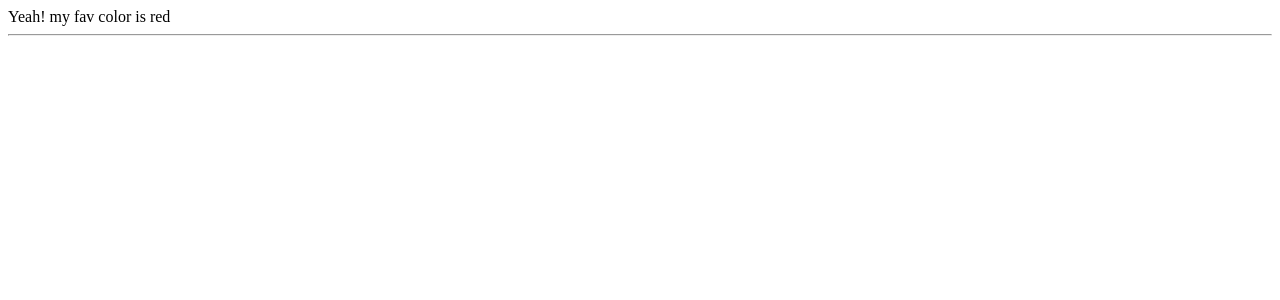
Repository: hsumyatm7308/PHP
Page: http://localhost/l38trycatch.php
The author's editor kept a copy of each file at every save. The page is drawn from the files as they stood at one save, then again after the next save.
The browser window is 1280 px wide. The pictures show the whole page.
The page is run by PHP 8.4 with error messages shown; the project is at /var/www/html/.

Above is the page before, as saved 2023-05-12 17:29:42.

After the next save:
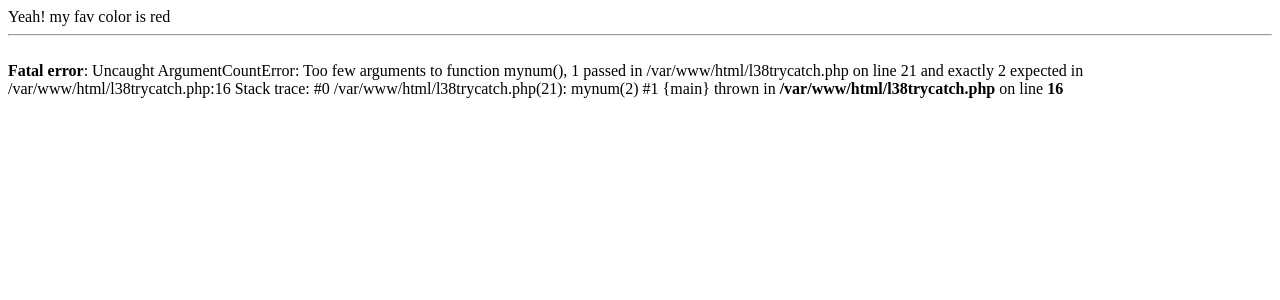
Saved 18 s later.
--- a/part1/l38trycatch.php
+++ b/part1/l38trycatch.php
@@ -13,9 +13,12 @@
 
 echo "<hr>";
 
-function mynum(){
+function mynum($base,$power){
+
 
 }
 
+echo mynum(2);
+
 
 ?>

After the 2 saves that followed:
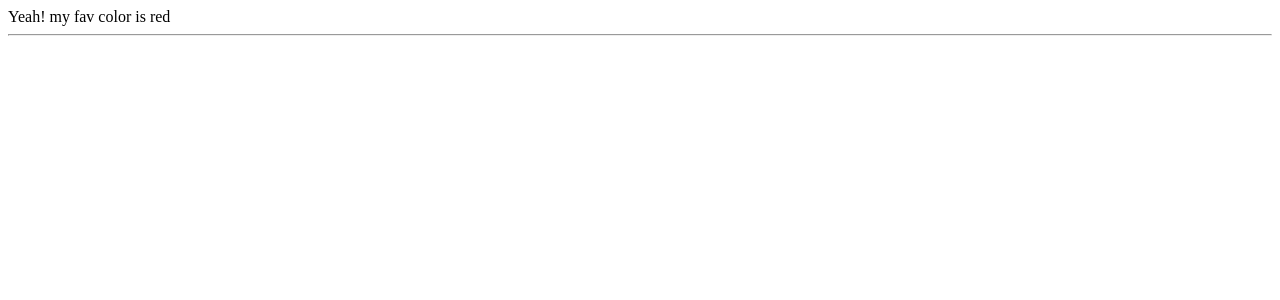
The 2 saves are shown as one change because they came seconds apart.
The last was saved 11 s later.
--- a/part1/l38trycatch.php
+++ b/part1/l38trycatch.php
@@ -18,7 +18,7 @@
 
 }
 
-echo mynum(2);
+echo mynum(2,3);
 
 
 ?>
